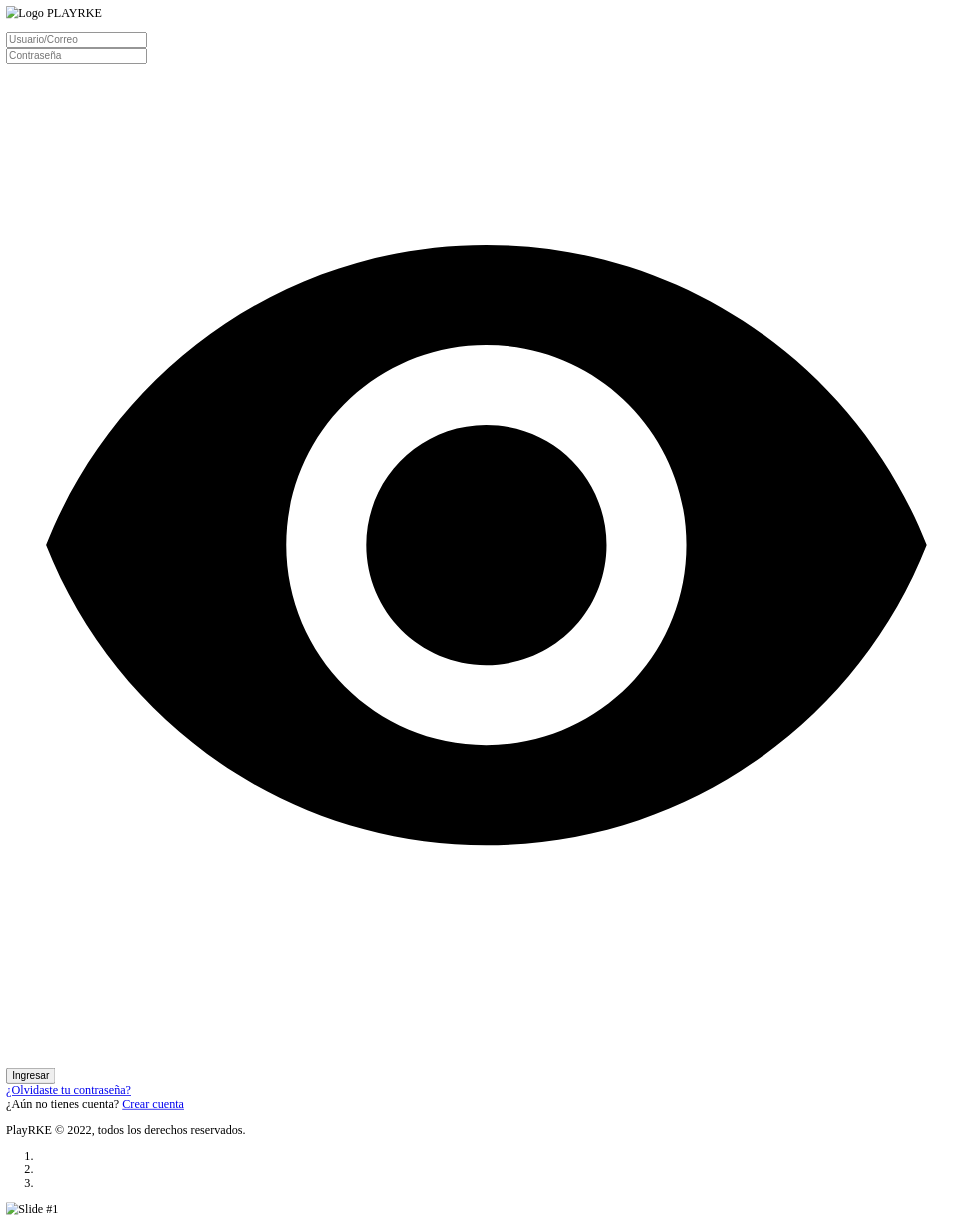
Repository: earo191/RKE
Page: http://localhost/login
An editor plug-in stored every save of this project. The page is shown before and after the next save, followed by the edit.
The browser window is 1280 px wide. The pictures show the whole page, at 76% of full size.
The page is served by the project's Laravel application, run on PHP 8.4 with Laravel 8.

Above is the page before, as saved 2022-05-31 15:02:12.
Console error: ReferenceError: $ is not defined

After the next save:
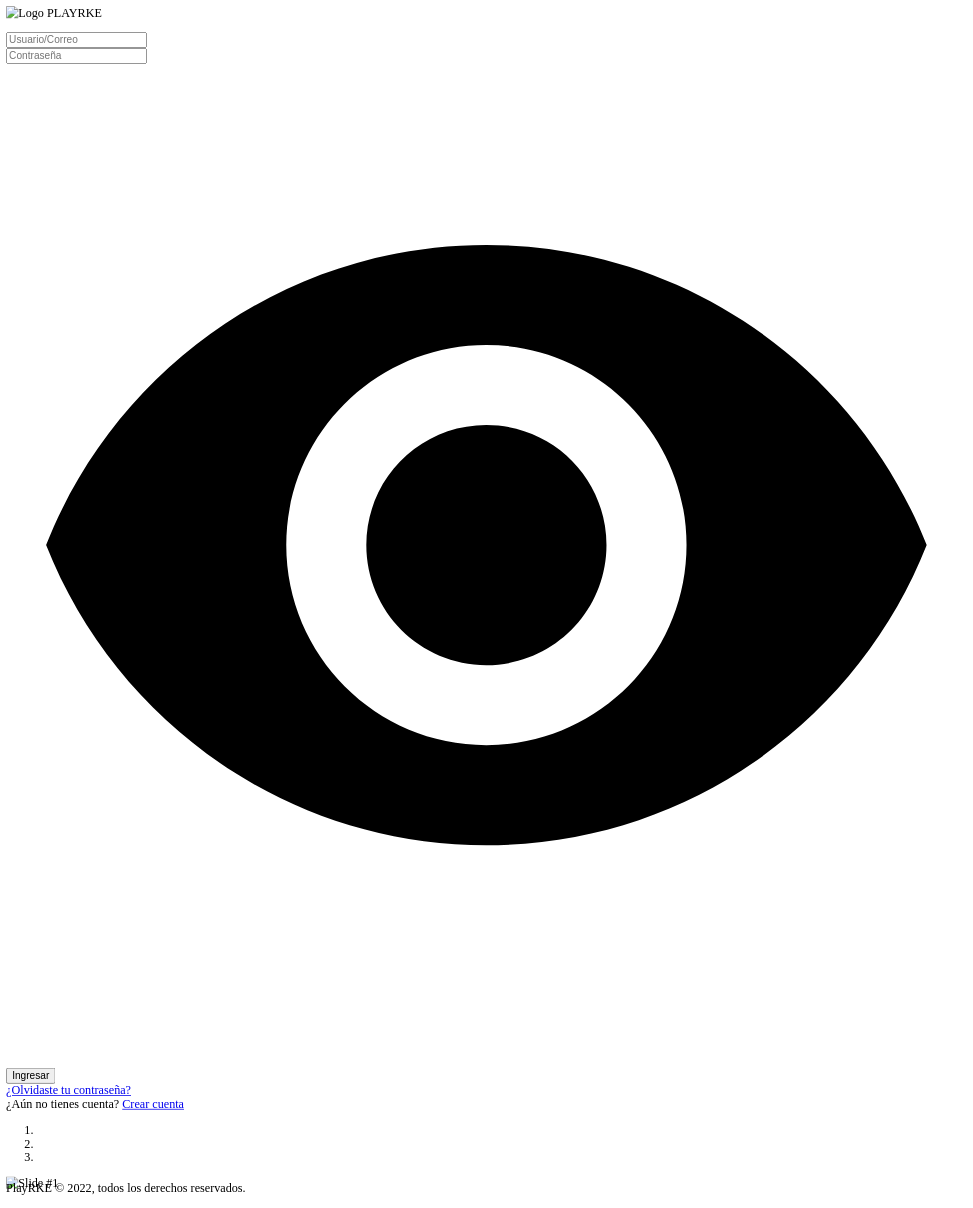
Saved 7 min 2 s later.
--- a/resources/views/auth/login.blade.php
+++ b/resources/views/auth/login.blade.php
@@ -50,7 +50,7 @@
           Crear cuenta
         </a>
       </article>
-      <div class="text-center user-register">
+      <div class="text-center" style="position: absolute; margin-top: 77px;">
         <p>PlayRKE © 2022, todos los derechos reservados.</p>
       </div>
     </footer>
